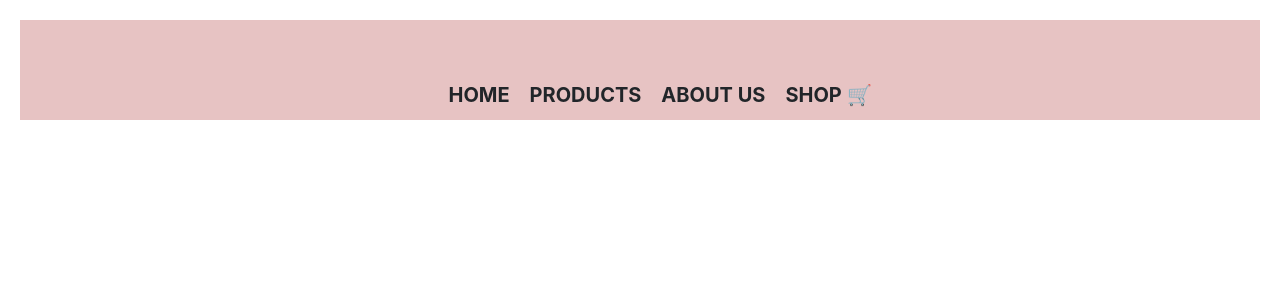
Repository: thf4/Project-Shop
Page: /
An editor plug-in stored every save of this project. The page is shown before and after the next save, followed by the edit.
The browser window is 1280 px wide. The pictures show the whole page.
The project was rebuilt for these pictures with package versions that can differ from the ones it lists, and the page was loaded fresh each time.

Above is the page before, as saved 2021-04-22 11:27:23.

### src/index.js
import React from 'react';
import ReactDOM from 'react-dom';
import 'bootstrap/dist/css/bootstrap.min.css';
import App from './App'


ReactDOM.render(
  <React.StrictMode>
   <App />
  </React.StrictMode>,
  document.getElementById('root')
);

### src/App.js
import './App.css'

function App() {
  return (
    <div className="App">
      <header className="App-header">
        <ul id="Lista">
          <li> HOME </li>
          <li> PRODUCTS </li>
          <li> ABOUT US</li>
          <li> SHOP 🛒</li>
        </ul>

      </header>
    </div>
  );
}

export default App;

### src/App.css
.App{
  width: 100%;
  height: auto;
  padding: 20px;
}

#Lista{
  list-style-type: none;
  margin: 0;

  font-weight: bold;
  text-align: center;
  padding-top: 50px;
}
li{
 display: inline-block;
 font-size: 20px;
 padding: 10px;

}
.App-header{

  background-color: #a0171741;
}

Loaded but not shown: public/index.html (common file)

After the next save:
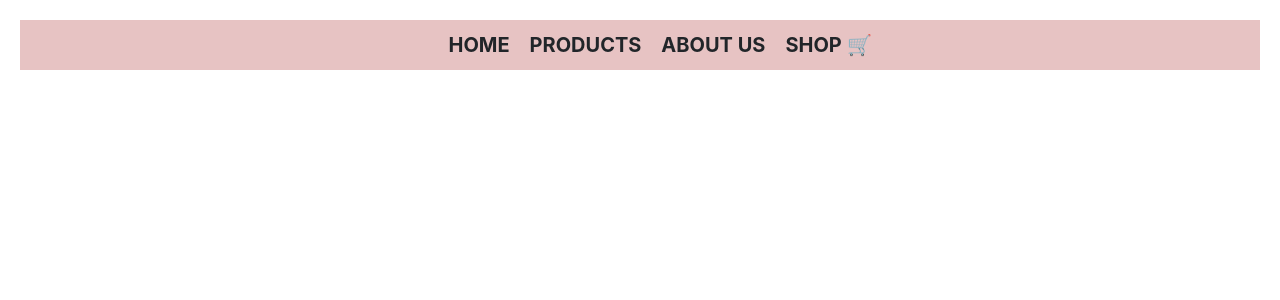
Saved 14 s later.
--- a/src/App.css
+++ b/src/App.css
@@ -10,7 +10,7 @@
 
   font-weight: bold;
   text-align: center;
-  padding-top: 50px;
+
 }
 li{
  display: inline-block;
